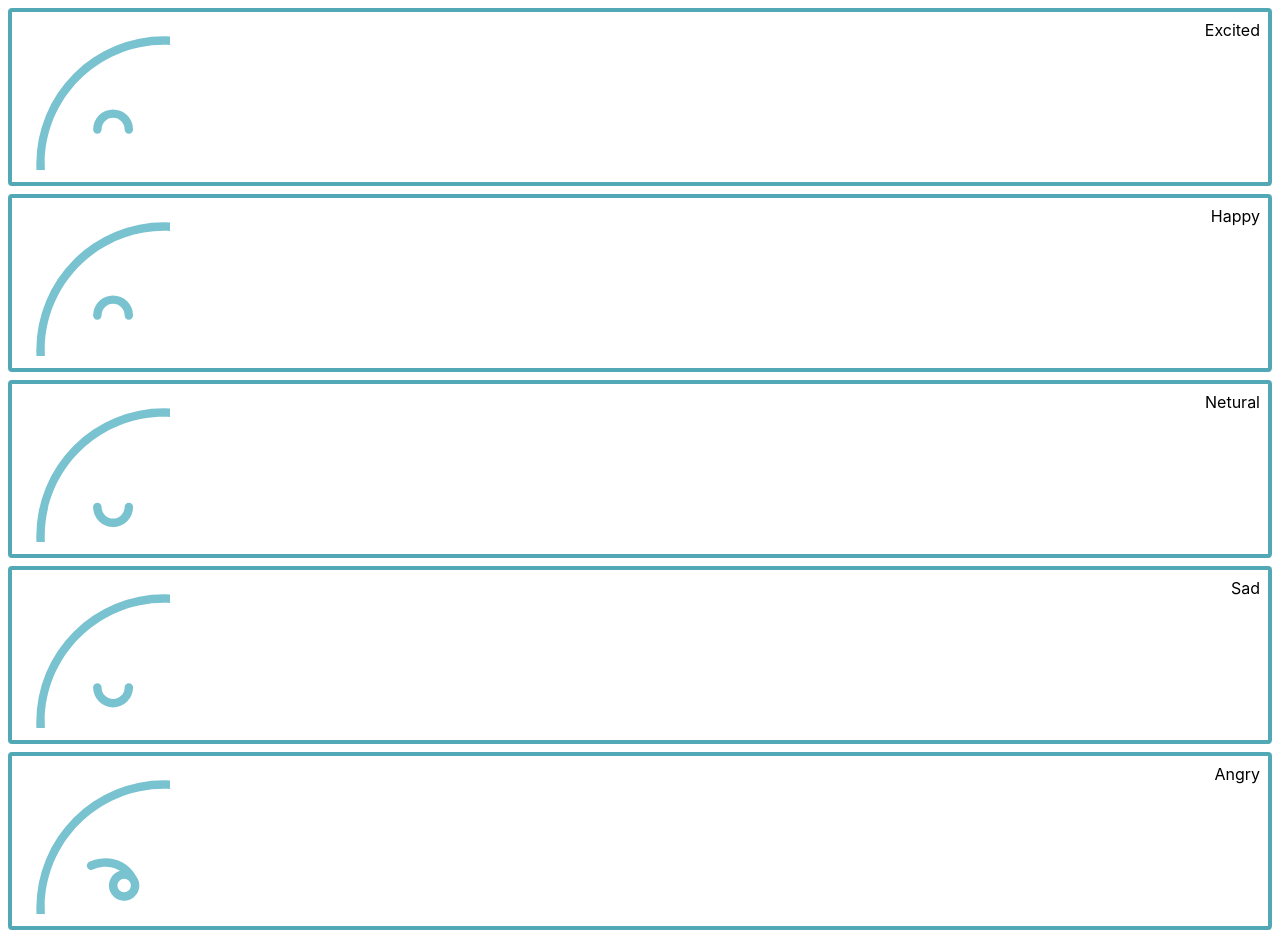
Repository: majakesin/moodify-app
Page: /
An editor plug-in stored every save of this project. The page is shown before and after the next save, followed by the edit.
The browser window is 1280 px wide. The pictures show the whole page.
The project was rebuilt for these pictures with package versions that can differ from the ones it lists, and the page was loaded fresh each time.

Above is the page before, as saved 2023-08-21 11:50:32.

After the next save:
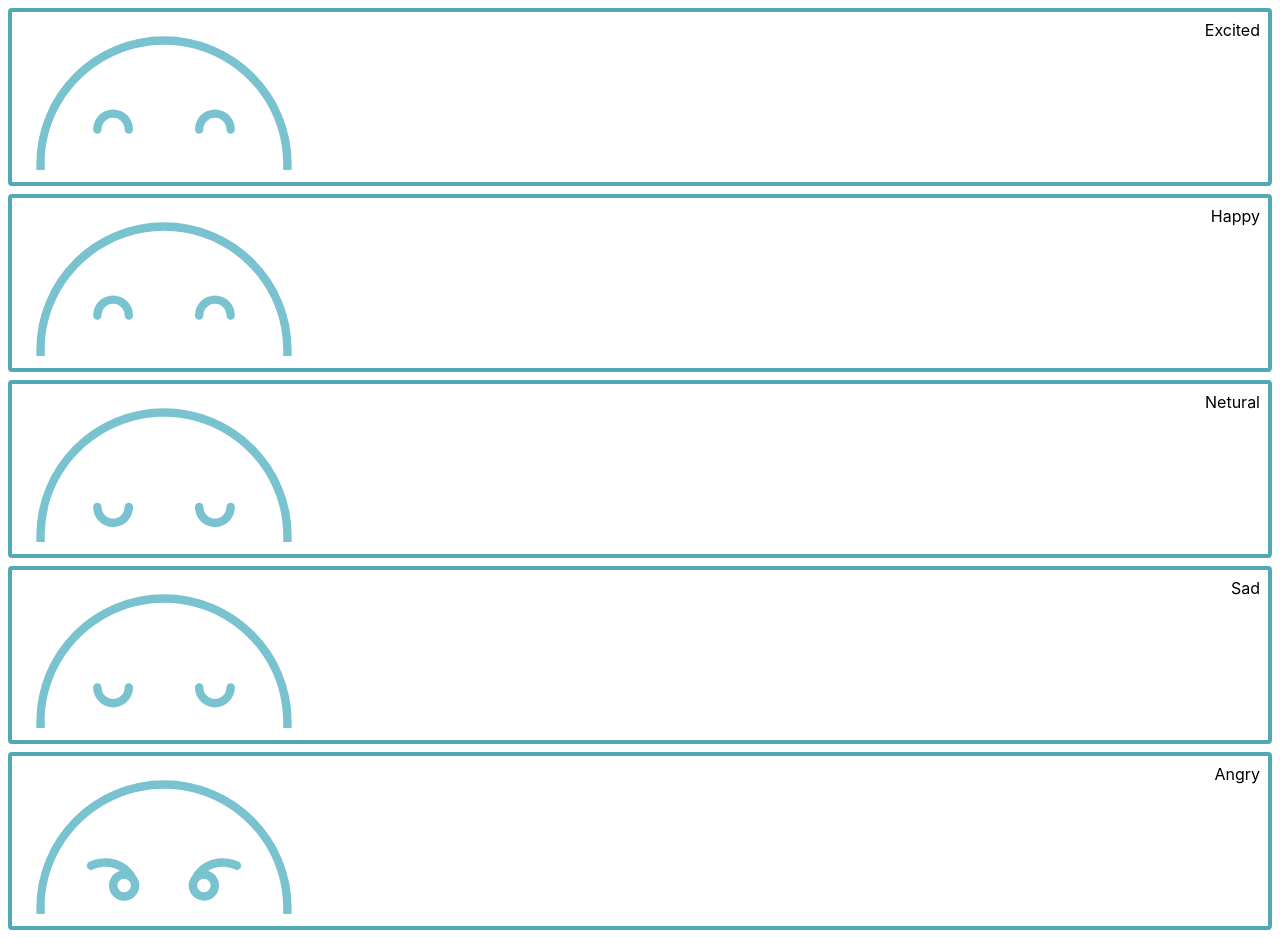
Saved 54 s later.
--- a/src/components/Mood/index.module.css
+++ b/src/components/Mood/index.module.css
@@ -15,6 +15,6 @@
 }
 
 .icon svg  {
-    width: 150px;
-    height: 150px;
+    width: 100%;
+    height: auto;
 }
